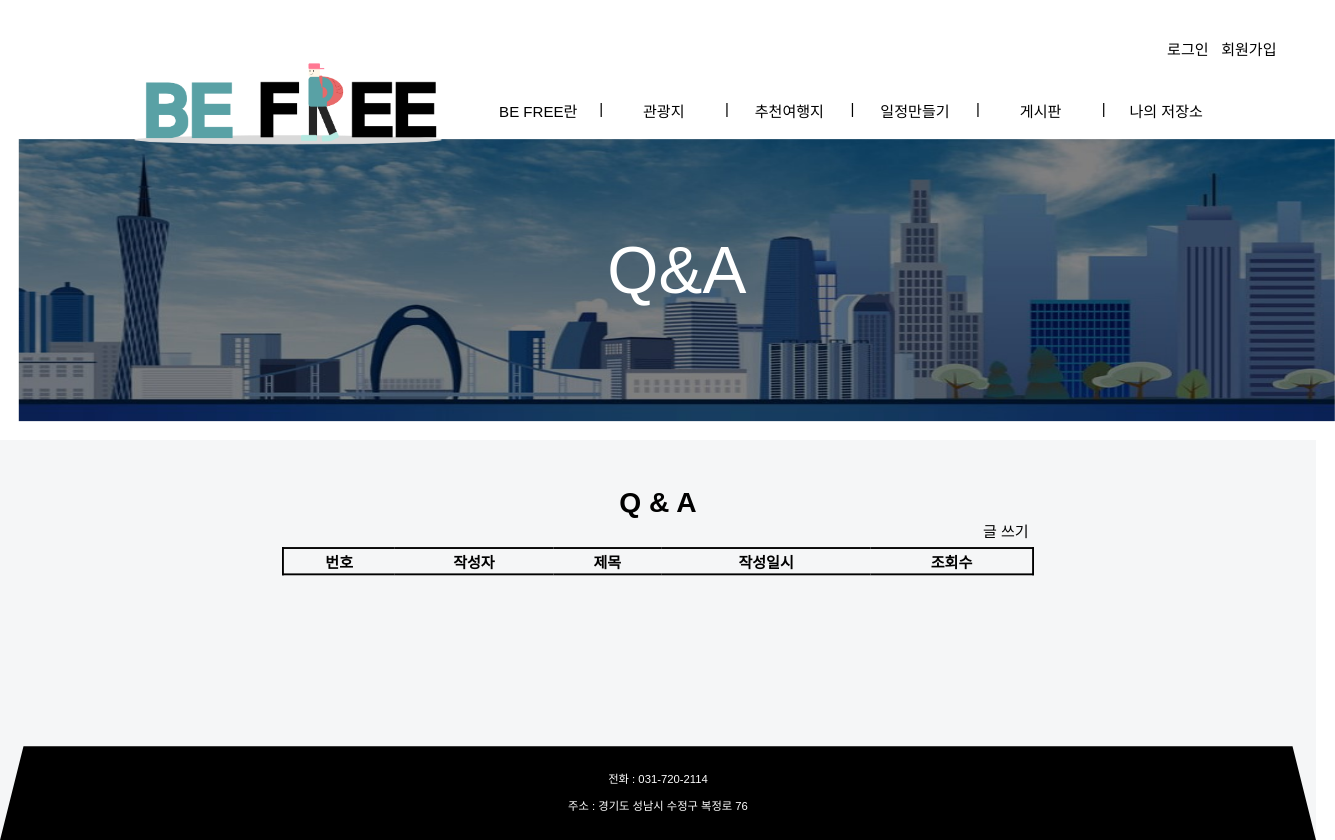
Repository: 1912087/Klavier_Piano
Page: http://localhost/notice/Q&A.jsp
These files come from the project's save history. The page is drawn as it stood at one moment and after the next save; the edit follows.
The browser window is 1280 px wide. The page is 1420 px wide, so the pictures cover 1420 px, including what lies to the right of the window. The pictures show the whole page, at 94% of full size.
Backgrounds fixed to the window are drawn as part of the page. Some web fonts or font styles are not loaded; a fallback is used. The page is served by Tomcat 9. Other server files are loaded and not shown. Queries for data that is not in the repository find no rows.

Above is the page before, as saved 2021-11-10 14:40:23.

### Notice/notice/WebContent/Q&A.jsp
<%@ page language="java" contentType="text/html; charset=UTF-8"
    pageEncoding="UTF-8"%>
<%@ page import="java.io.PrintWriter" %>
<%@ page import="notice.QADAO" %>
<%@ page import="notice.QA" %>
<%@ page import="java.util.ArrayList" %>
<!DOCTYPE html>
<html>
    <head>
        <meta charset="UTF-8">
        <link rel="preconnect" href="https://fonts.googleapis.com">
        <link rel="preconnect" href="https://fonts.gstatic.com" crossorigin>
        <link href="https://fonts.googleapis.com/css2?family=Gowun+Dodum&display=swap" rel="stylesheet">
        <link rel="preconnect" href="https://fonts.googleapis.com">
        <link rel="preconnect" href="https://fonts.gstatic.com" crossorigin>
        <link href="https://fonts.googleapis.com/css2?family=Black+Han+Sans&display=swap" rel="stylesheet">
    	<link href="${pageContext.request.contextPath}/css/qa_design.css" rel="stylesheet" type="text/css">
        <title>BE FREE</title>
    </head>
    <body>
        	<%
        		// 메인 페이지로 이동했을 때 세션에 값이 담겨있는지 체크
				String userID = null;
				if(session.getAttribute("userID") != null){
					userID = (String)session.getAttribute("userID");
				}
				int pageNumber = 1; //기본은 1 페이지를 할당
				// 만약 파라미터로 넘어온 오브젝트 타입 'pageNumber'가 존재한다면
				// 'int'타입으로 캐스팅을 해주고 그 값을 'pageNumber'변수에 저장한다
				if(request.getParameter("pageNumber") != null){
					pageNumber = Integer.parseInt(request.getParameter("pageNumber"));
				}
			%>
        <div class="all">
            <div class="main">
                <header>
                    <div class="name">
                    </div>
					<%
						// 로그인 하지 않았을 때 보여지는 화면
						if(userID == null){
					%>
                            <ul class="login">
                                <li><a href="login.jsp">로그인</a></li> &nbsp;
                                <li><a href="clause.jsp">회원가입</a></li>
                            </ul>
                    <%
						// 로그인이 되어 있는 상태에서 보여주는 화면
						}else{
					%>
                            <ul class="login">
                                <li><a href="logoutAction.jsp">로그아웃</a></li> &nbsp;
                                <li><a href="main.jsp">회원관리</a></li>
                            </ul>

                    <%
						}
					%>

                    <nav>
                        <div class="title_menu">
                            <a href="main.jsp"><img class="logo" src="images/BE_FREE.png"></a>
                            <ul id="main-menu">
                                <li><a href="회사소개.html">BE FREE란</a></li>
                                <li><a href="#">관광지</a></li>
                                <li><a href="#">추천여행지</a>
                                    <ul id="sub-menu">
                                        <li><a href="문의하기.html">추천여행지</a></li>
                                        <li><a href="공지사항.html">추천여행일정</a></li>
                                    </ul>
                                </li>
                                <li><a href="#">일정만들기</a></li>
                                <li><a href="#">게시판</a>
                                    <ul id="sub-menu">
                                        <li><a href="공지사항.html">공지사항</a></li>
                                        <li><a href="Q&A.jsp">Q&A</a></li>
                                    </ul>
                                </li>
                                <li><a href="#">나의 저장소</a>
                                    <ul id="sub-menu">
                                        <li><a href="나의찜목록.html">나의 찜 목록</a></li>
                                        <li><a href="나의여행일정.html">나의 여행 일정</a></li>
                                    </ul>
                                </li>
                            </ul>
                        </div>
                    </nav>
                    <div class="hd">
                        <div class="ment">
                          Q&A
                        </div>
                    </div>
                </header>
            </div>

            <div class="se">
                <section>
                    <div class="item_list">
                        <p class="QA">Q & A</p>
                            <div class="w">
                                <a href="write.jsp">글 쓰기</a>
                            </div>
                            <table>
	                            <thead>
	                                <tr><th>번호</th><th>작성자</th><th>제목</th><th>작성일시</th><th>조회수</th></tr>
	                            </thead>
	                            <tbody>
									<%
										QADAO qaDAO = new QADAO(); // 인스턴스 생성
										ArrayList<QA> list = qaDAO.getList(pageNumber);
										for(int i = 0; i < list.size(); i++){
									%>
									<tr>
										<td><%= list.get(i).getQID() %></td>
										<!-- 게시글 제목을 누르면 해당 글을 볼 수 있도록 링크를 걸어둔다 -->
										<td><a href="view.jsp?QID=<%= list.get(i).getQID() %>">
											<%= list.get(i).getUserID() %></a></td>
										<td><a href="view.jsp?QID=<%= list.get(i).getQID() %>">
											<%= list.get(i).getQTITLE().replaceAll(" ", "&nbsp;")
			                            		.replaceAll("<", "&lt;").replaceAll(">","&gt;").replaceAll("\n","<br>") %></a></td>
										<td><a href="view.jsp?QID=<%= list.get(i).getQID() %>">
											<%= list.get(i).getQDATE().substring(0, 11) + list.get(i).getQDATE().substring(11, 13) + ":"
											+ list.get(i).getQDATE().substring(14, 16) %></a></td>
										<td><a href="view.jsp?QID=<%= list.get(i).getQID() %>">
											<%= list.get(i).getQCLICK() %></a></td>

									</tr>
									<%
										}
									%>
	                            </tbody>
                            </table>

                            <!-- 페이징 처리 영역 -->
							<%
								if(pageNumber != 1){
							%>
								<a href="QA.jsp?pageNumber=<%=pageNumber - 1 %>"
									class="btn btn-success btn-arraw-left">이전</a>
							<%
								}if(qaDAO.nextPage(pageNumber + 1)){
							%>
								<a href="QA.jsp?pageNumber=<%=pageNumber + 1 %>"
									class="btn btn-success btn-arraw-left">다음</a>
							<%
								}
							%>
                        </div>
                </section>

	            <footer>
	                <p style="padding: 25px 0px 0px 0px;">전화 : 031-720-2114</p>
	                <p>주소 : 경기도 성남시 수정구 복정로 76</p>
	            </footer>
            </div>

            </div>



    </body>
</html>

### Notice/notice/WebContent/css/qa_design.css

            body { margin:0 auto; padding:20px 0 0 0; font-family: 'Gowun Dodum', sans-serif;}
            li { display: inline-block; list-style: none; }
            a { text-decoration: none; color:black;}
            header{ display: inline-block; width: 1400px; margin: 0 auto;}
            .hd {
                background-image: url('images/town_2.jpg');
                background-size:over;
                background-size:100% 100%;
                background-attachment: fixed;
                width:1400px;
                height:300px;
                background-repeat: no-repeat;
                margin-top:-20px;
            }
            .main{
                margin: 0 auto;
                padding: 20px;
                text-align: center;
            }
            .logo{
                /*margin-top: 30px;
                display: flex;
                position : relative;*/
                height: 100px;
                /*left: 7%*/
            }
            .login { margin-right: 62px; /*float: right;*/ }
            header ul{ text-align: right; }
            .p {
                height:60px;
                z-index: 1;
                width:1500px;
                margin:0;
                padding:0;
             }
             nav {
                display: flex;
                justify-content: center;
                position: relative;
                /* background: black; */
                margin: 0 auto;
                /* width: 95%; */
                /* position: absolute; */
                /* left: 10%;*/
            }
            ul, li {
                margin: 0;
                padding: 0;
                list-style: none;
                text-decoration: none;
            }

            nav > ul > li{
                width: 130px;
            }
            .se{
                background-color: white;
	            margin: 0 auto;
	            width: 1400px;
                text-align: center;
            }
            #main-menu{
                /*background: black;*/
                height: 40px;
                /* position: relative; */
                /* top: 50%; */
                justify-content: center;
                margin: 35px 0px 0px 20px;
                float: right;
                width: 810px;
            }
            #main-menu > li > a {
                /*color:white;*/
                text-align: center;
                line-height: 39px;
                padding: 0px 20px 0px 15px;
                text-shadow: 1px 1px 1px white(0, 0, 0, 0.39);
                width: 90px;
                float: right;
            }

            #main-menu > li::before{
                content: "|";
                float: right;
                display: block;
                margin-top: 7.7px;
            }
            #main-menu > li:last-child::before{
                content: "";
            }
            #main-menu > li> .logo{
                width: 120px;
            }

            #sub-menu {
                width:120px;
                position: absolute;
                opacity: 0;
                visibility: hidden;
                background-color: rgba(255, 255, 255, 0.801);
                border-top: 2px solid gold;
                text-align: center;
                top: 74px;
            }

            #sub-menu > li {
                display: block;
                font-size:13px;
                padding: 10px 10px;
            }

            #main-menu > li:hover #sub-menu {
                z-index: 1;
                opacity: 1;
                visibility: visible;
            }
            #sub-menu > li > a:hover { text-decoration:underline; color:gray; }
            .event ul li { list-style: none; display: inline-block; }
            section div img { width: 100%; }
            .ment {
                margin :0 auto;
                float:left;
                width:100%;
                font-size:100px;
                text-align: center;
                margin-top:100px;
                color:rgb(255, 255, 255);
                font-size: 70px;
            }
            section{width:1400px;margin:0 auto; padding-top:50px;}
            .a1{ text-align: center; font-weight: bold; font-size:30px;}
           /*.a2{background-color:gray; color:white; border-bottom: 2px solid black; padding:5px; margin-top:10px;}*/
            footer{
                clear:both;
                margin:0;
                /*background-color: rgb(22, 20, 20);*/
                color:white;
                text-align: center;
                /*padding:15px;*/
                font-size: 12px;
                position: relative;
                width: 1350px;
                bottom: 0;
                left: 0;
                border-bottom: 100px solid black;
				border-right: 25px solid transparent;
				border-left: 25px solid transparent;
				height: 0px;
            }
            .wrap {position: absolute;left: 0;bottom: 40px;width: 288px;height: 132px;margin-left: -144px;text-align: left;overflow: hidden;font-size: 12px;font-family: 'Malgun Gothic', dotum, '돋움', sans-serif;line-height: 1.5;}
            .wrap * {padding: 0;margin: 0;}
            .wrap .info {width: 286px;height: 120px;border-radius: 5px;border-bottom: 2px solid #ccc;border-right: 1px solid #ccc;overflow: hidden;background: #fff;}
            .wrap .info:nth-child(1) {border: 0;box-shadow: 0px 1px 2px #888;}
            .info .title {padding: 5px 0 0 10px;height: 30px;background: rgb(17, 38, 141);border-bottom: 1px solid #ddd;font-size: 18px;font-weight: bold; color: #fff;}
            .info .close {position: absolute;top: 10px;right: 10px;color: rgb(255, 255, 255);width: 17px;height: 17px;background: url('https://t1.daumcdn.net/localimg/localimages/07/mapapidoc/overlay_close.png');}
            .info .close:hover {cursor: pointer;}
            .info .body {position: relative;overflow: hidden;}
            .info .desc {position: relative;margin: 13px 0 0 90px;height: 75px;}
            .desc .ellipsis {overflow: hidden;text-overflow: ellipsis;white-space: nowrap;}
            .desc .jibun {font-size: 11px;color: #888;margin-top: -2px;}
            .info .img {position: absolute;top: 6px;left: 5px;width: 73px;height: 71px;border: 1px solid #ddd;color: #888;overflow: hidden;}
            .info:after {content: '';position: absolute;margin-left: -12px;left: 50%;bottom: 0;width: 22px;height: 12px;background: url('https://t1.daumcdn.net/localimg/localimages/07/mapapidoc/vertex_white.png')}
            .info .link {color: #5085BB;}
            .item_list{
                text-align: center;
                width: 940px;
                margin: 0 auto;
            }
            .recommend_plan{
                display: inline-block;
                /*text-align: center;*/
                margin: 0px;
            }
            .item_section{
                float: left;
                /*width: 300px;
                box-shadow: 5px 5px 5px gray;
                border: 1px solid rgb(184, 184, 184);
                border-radius: 5px;*/
                margin: 10px;
            }
            .item_btm_like{
                text-align: right;
                padding: 10px 20px 10px 10px;
                border-top: 1px solid rgb(184, 184, 184);
            }
            .item_title{
                font-size: 20px;
                margin: 0px 0px 0px 0px;
            }
            .item_plan{
                margin: 0px 0px 16px 0px;
                clear: left;
                text-align: left;
            }
            .item_img{
                margin: 20px;
                width: 200px;
            }

            .item_list2{
                width: 1400px;
                text-align: center;
                margin-top: 70px;
            }
            .table_travle{
                margin-left: auto;
                margin-right: auto;
            }
            .travle{
                /*border: 1px solid gray;*/
                padding-right: 60px;
            }
            .item_section2{
                float: left;
                /*width: 240px;*/
                /*box-shadow: 5px 5px 5px gray;*/
                border: 1px solid rgb(184, 184, 184);
                border-radius: 5px;
                margin: 10px;
            }
            .item_section3{
                float: left;
                /*width: 240px;*/
                /*box-shadow: 5px 5px 5px gray;
                border: 1px solid rgb(184, 184, 184);
                border-radius: 5px;*/
                margin: 10px;
            }
            .item_title2{
                margin: 0px 0px 20px 0px;
                font-size: 20px;
            }
            .item_btm_like2{
                text-align: right;
                padding: 10px 20px 10px 10px;
                border-top: 1px solid rgb(184, 184, 184);
            }
            .hash{
                /*width: 250px;*/
                padding: 20px;
                /*border: 1px solid rgb(240, 240, 240);
                border-radius: 150px;
                background-color: rgb(240, 240, 240);*/
            }
            .item_top_jeju{
                margin-top: 45px;
            }
            .item_title{
                font-size: 40px;
                font-weight: bold;
                font-family: 'Black Han Sans', sans-serif;
                color: rgb(255, 255, 255);
                -webkit-text-stroke-width: 0.5px;
                -webkit-text-stroke-color: rgb(0, 0, 0);
                float: left;
            }
            .item_sub{
                font-size: 40px;
                font-family: 'Black Han Sans', sans-serif;
                color: black;
                -webkit-text-stroke-width: 0px;
                margin: 0px 0px 0px 12px;
                float: left;
            }
            .back{
                background: linear-gradient(to right, #0052d4,#4364f7,#6fb1fc);
                height: 44px;
                padding: 5px;
            }
            .logo_img{
                width: 390px;
                padding: 74px 10px 74px 10px;
            }
            .site_logo{
                font-size: 40px;
                font-family: 'Black Han Sans', sans-serif;
                /*background: linear-gradient(to right top, #0052d4,#4364f7,#6fb1fc);
                color: transparent;
                -webkit-background-clip: text;
                -webkit-text-stroke-width: 0px;*/
                color: black;
                margin: 0px 0px 0px 0px;
            }
            .object_logo{
                font-size: 40px;
                font-family: 'Black Han Sans', sans-serif;
                /*background: linear-gradient(to right top, #0052d4,#4364f7,#6fb1fc);
                color: transparent;
                -webkit-background-clip: text;
                -webkit-text-stroke-width: 0px;*/
                color: black;
                margin: 0px 0px 0px 0px;
            }
            .logo_img3{
                width: 350px;
            }
            .item_list3{
                width: 1400px;
                text-align: center;
                margin-top: 70px;
            }
            .table_site{
                margin-left: auto;
                margin-right: auto;
            }
            .a2{
                font-size: 40px;
                font-family: 'Black Han Sans', sans-serif;
                /*background: linear-gradient(to right top, #0052d4,#4364f7,#6fb1fc);
                color: transparent;
                -webkit-background-clip: text;
                -webkit-text-stroke-width: 0px;*/
                color: black;
                margin: 0px 0px 0px 0px;
            }
            table{
                margin:0 auto;
                width:800px;
                height:200px;
                border:2px solid black;
                border-collapse:collapse;
                text-align: center;

            }
            tr td{
                height:15px;
                border-bottom:1px solid black;

            }
            th{
                border-bottom:1px solid black;
                height:15px;
            }
            td a:hover{color:gray; text-decoration:underline;}

            .QA{
                font-size: 30px;
                font-weight: bold;
                margin: 0 0 30px 0;
            }
            .w{
                width:60px;
                height:20px;
                float:right;
                margin:-30px 70px 10px 0;
                text-align: center;
            }
            .w:hover a{color:rgb(0, 5, 54); text-decoration: underline;}
            .w:hover{transform:scale(1.1); }
            .se{background-color: #f5f6f7;}

Loaded but not shown: Notice/notice/src/notice/QADAO.java (167 lines, source omitted)

After the next save:
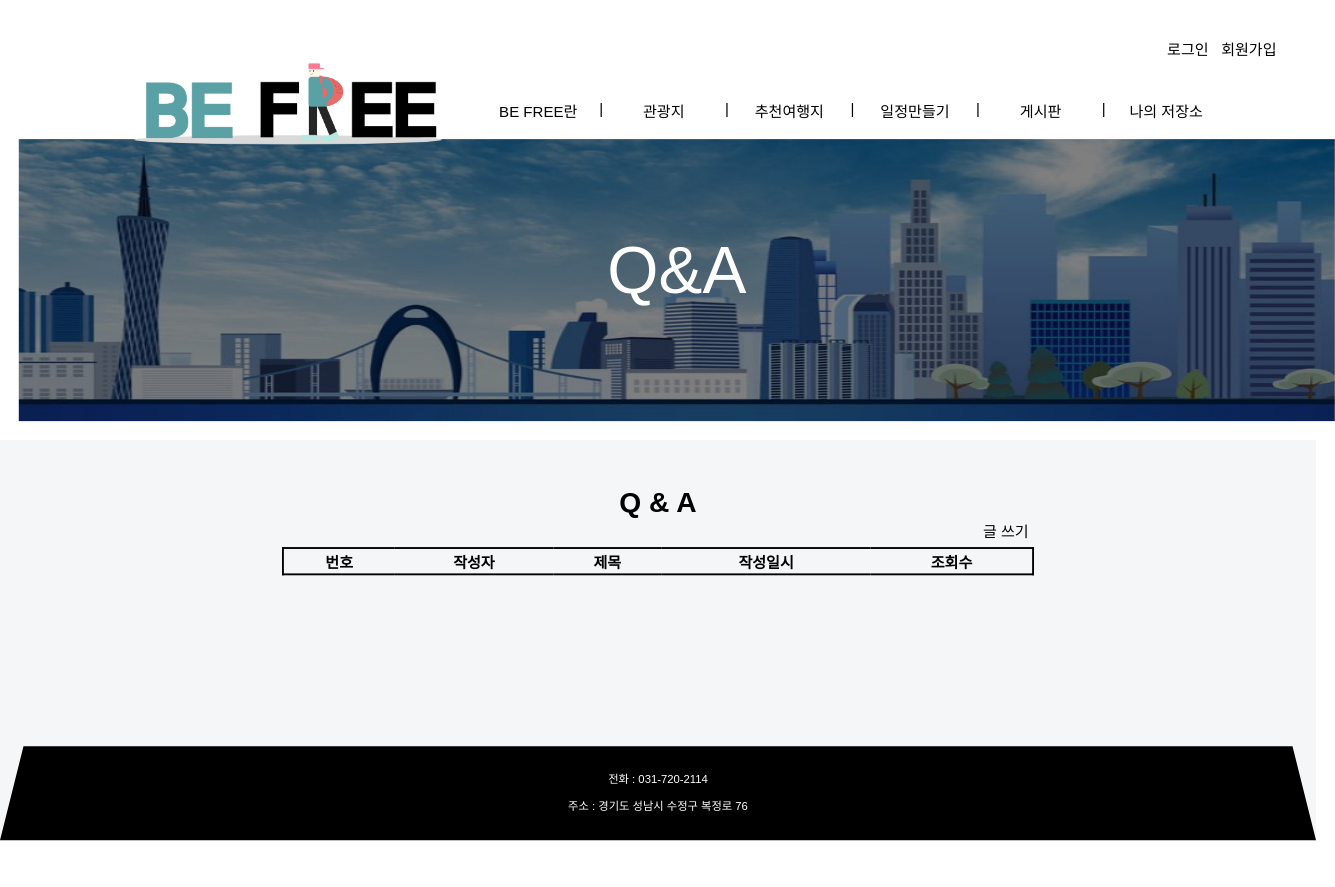
Saved 85 s later.
--- a/Notice/notice/WebContent/css/qa_design.css
+++ b/Notice/notice/WebContent/css/qa_design.css
@@ -59,6 +59,7 @@
 	            margin: 0 auto;
 	            width: 1400px;
                 text-align: center;
+                margin-bottom: 50px;
             }
             #main-menu{
                 /*background: black;*/

After the save that followed:
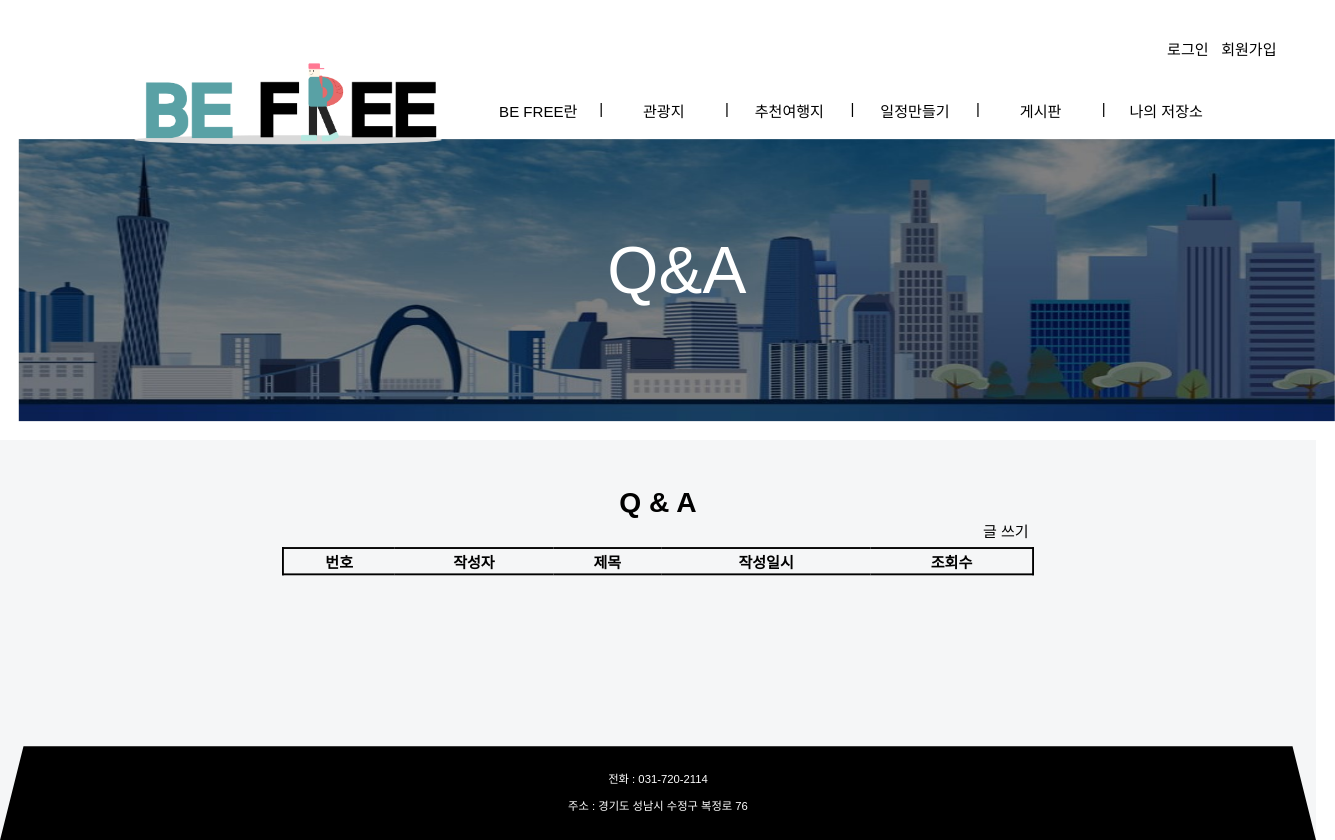
Saved 30 s later.
--- a/Notice/notice/WebContent/css/qa_design.css
+++ b/Notice/notice/WebContent/css/qa_design.css
@@ -59,7 +59,6 @@
 	            margin: 0 auto;
 	            width: 1400px;
                 text-align: center;
-                margin-bottom: 50px;
             }
             #main-menu{
                 /*background: black;*/
